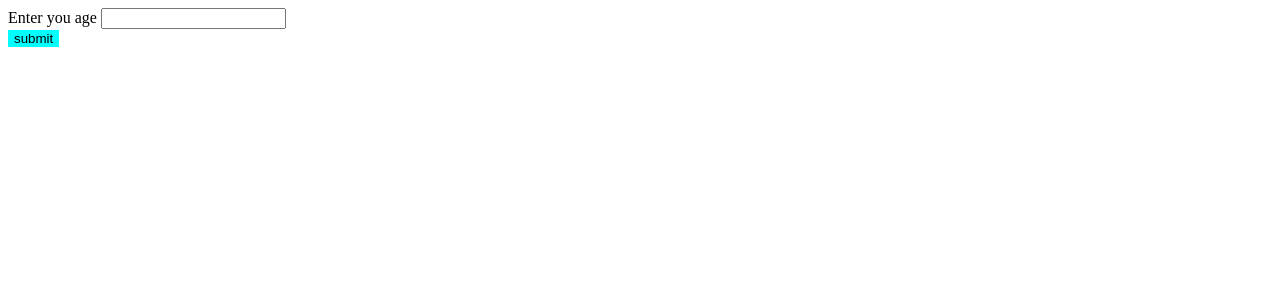
Repository: albinsabu2023/Stopwatch-program
Page: index.html
An editor plug-in stored every save of this project. The page is shown before and after the next save, followed by the edit.
The browser window is 1280 px wide. The pictures show the whole page.

Above is the page before, as saved 2023-03-03 09:44:29.

### index.html
<!DOCTYPE html>

<head>
    <meta charset="UTF-8">
    <meta http-equiv="X-UA-Compatible" content="IE=edge">
    <meta name="viewport" content="width=device-width, initial-scale=1.0">
    <link rel="stylesheet" href="style.css">
    <title>Document</title>
</head>
    <label>Enter you age</label>
    <input type="text" id="text"><br>
    <label id="ans"></label>
    <button type="submit" id="submit">submit</button>


    <script src="index.js"></script>
</body>
</html>

### style.css
.c-1{
    padding: 30px;
    border: 2px solid gray;
    border-radius: 5px;
    background-color: aquamarine;
}
#cel,#far{
    margin-bottom: 20px;
}
#submit{
    background-color: blanchedalmond;
    border:none;
    display: felx;
    background-color: aqua;

}
#submit:hover{
    background-color: blue;

}

### index.js
document.getElementById("submit").onclick = function () {
  var age = document.getElementById("text").value;
  age = Number(age);
  if (age > 18) {
    document.getElementById("ans").innerHTML = "youre";
  } else {
    document.getElementById("ans").innerHTML = "nop you cant";
  }
  //13else ();
};

After the next save:
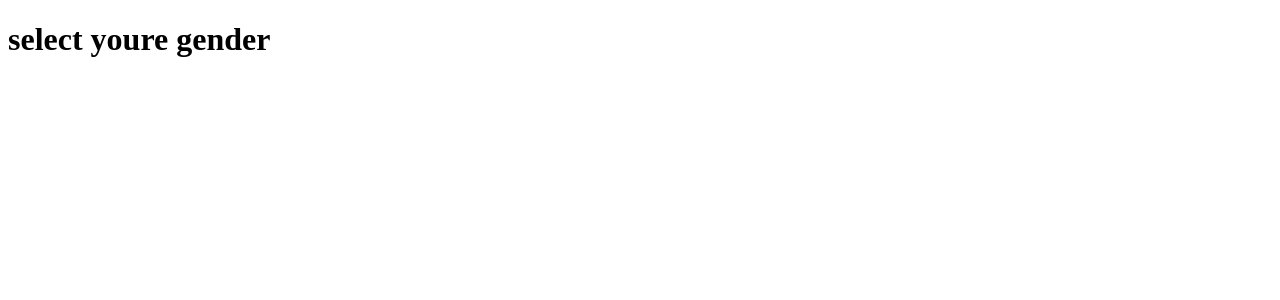
Console error: TypeError: Cannot set properties of null (setting 'onclick')
Saved 45 s later.
--- a/index.html
+++ b/index.html
@@ -7,10 +7,7 @@
     <link rel="stylesheet" href="style.css">
     <title>Document</title>
 </head>
-    <label>Enter you age</label>
-    <input type="text" id="text"><br>
-    <label id="ans"></label>
-    <button type="submit" id="submit">submit</button>
+    <h1>select youre gender</h1>
 
 
     <script src="index.js"></script>
